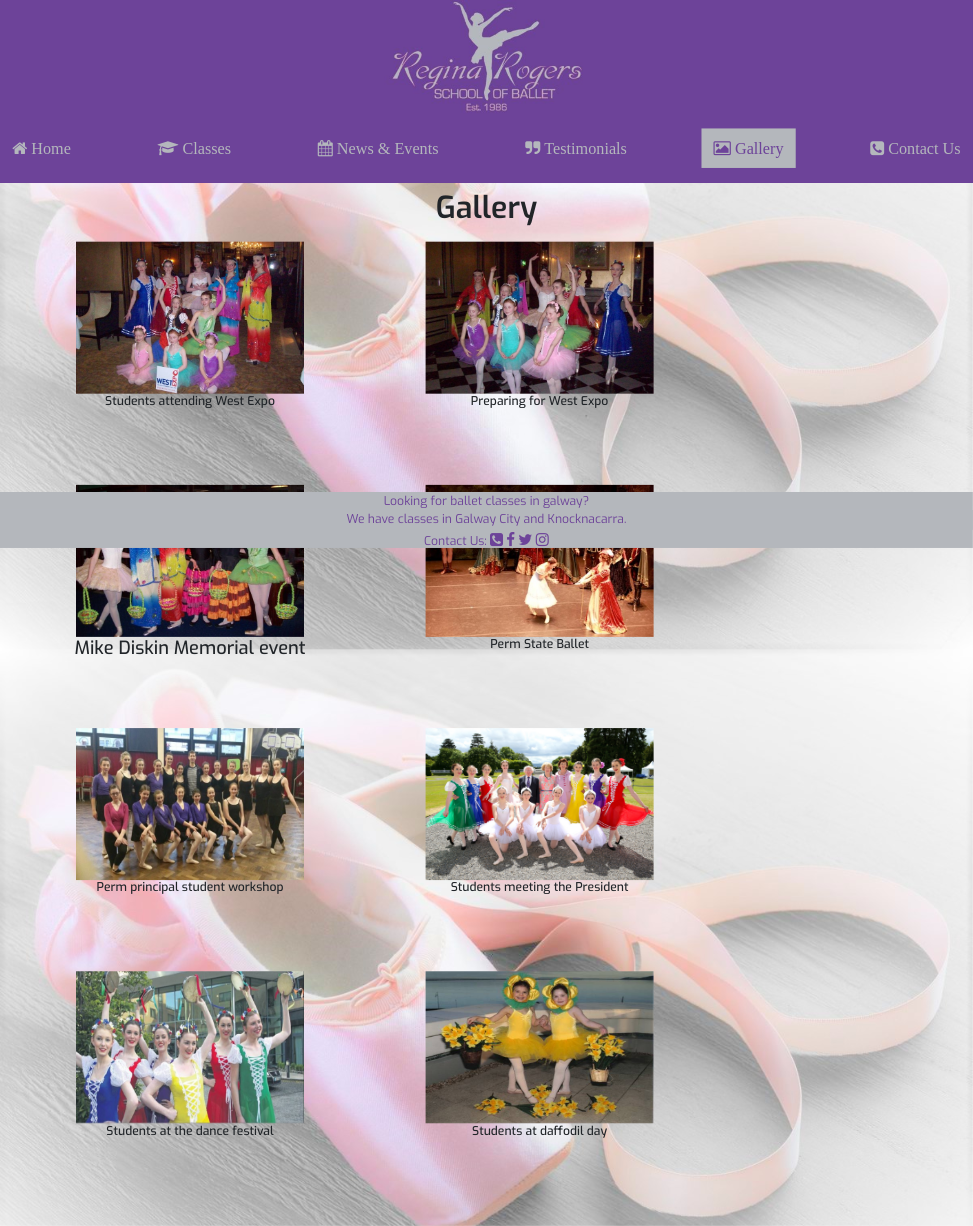
Repository: davidtmiller2010/galwayballet
Page: Gallery.html
The author's editor kept a record of every edit. The page is drawn from the files as they stood at one moment, then again after the next edit.
The browser window is 1280 px wide. The pictures show the whole page, at 76% of full size.

Above is the page before.

After the next edit:
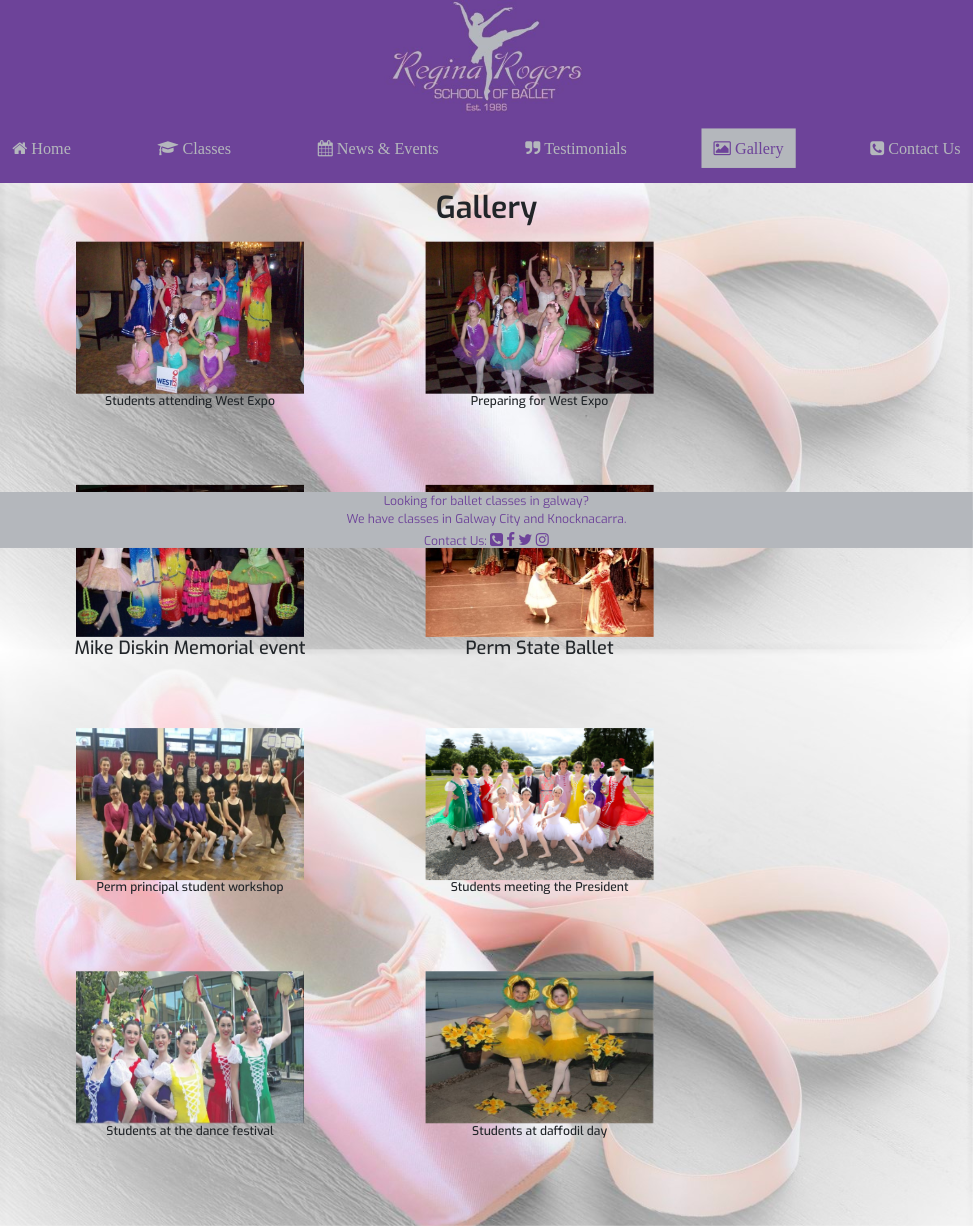
The edit:
--- a/Gallery.html
+++ b/Gallery.html
@@ -46,7 +46,7 @@
             </div>
             <div class=" gallery text-center">
                 <img src="assets/images/permstudentspic.jpg" alt="perm students pic" width=300 height=200>
-                <h6>Perm State Ballet</h6>
+                <h4>Perm State Ballet</h6>
             </div>
             <div class="gallery text-center">
                 <img src="assets/images/vitaliystudents.jpg" alt="vitaliy students" width=300 height=200>
